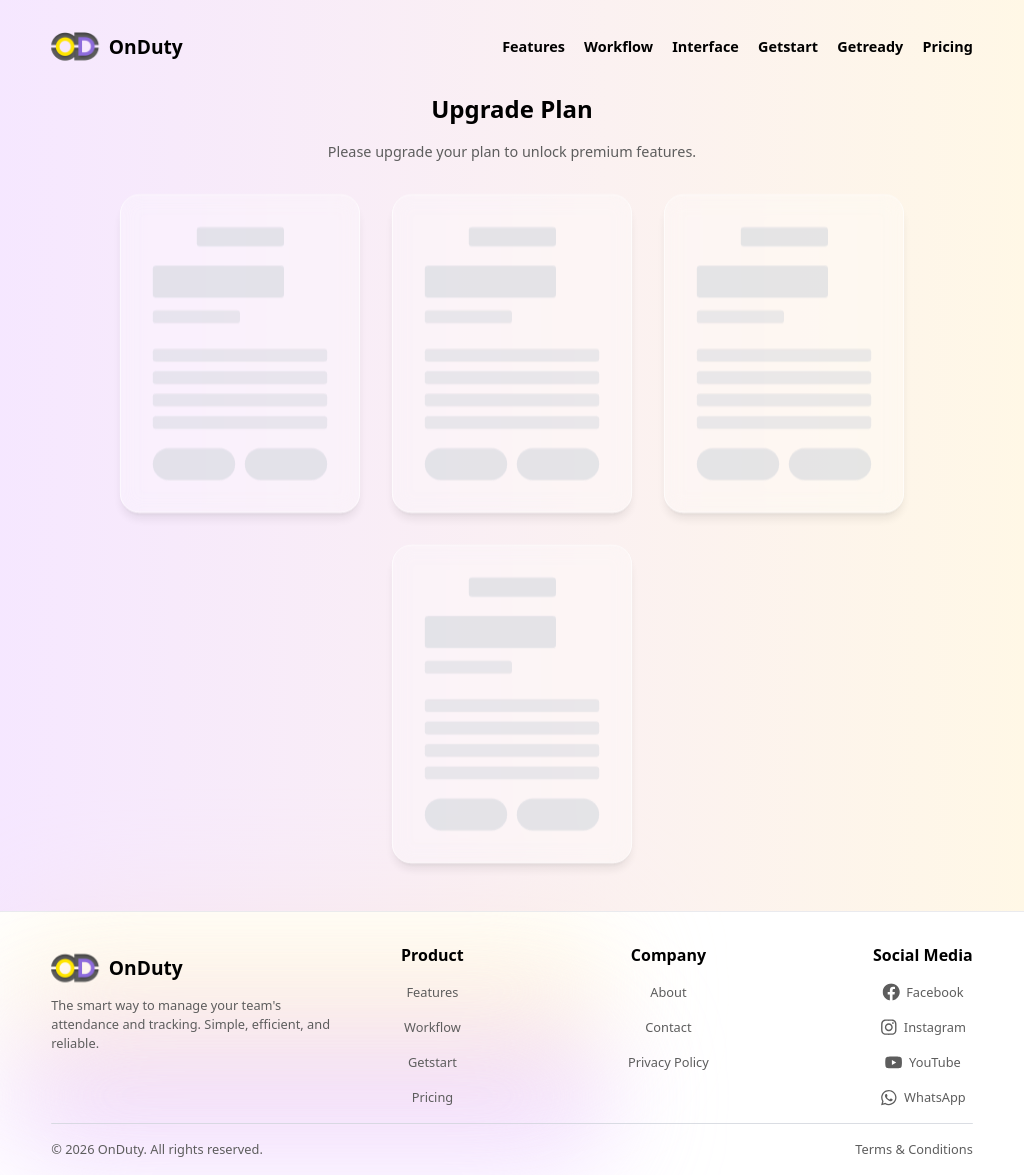
Repository: shekharzorin/ONDUTY-V1
Page: /pricing
The author's editor kept a copy of each file at every save. The page is drawn from the files as they stood at one save, then again after the next save.
The browser window is 1280 px wide. The pictures show the whole page, at 80% of full size.
The page's requests for data from a server got no answer. The project was rebuilt for these pictures with package versions that can differ from the ones it lists, and the page was loaded fresh each time. The framework's server and built-in components were replaced by stand-ins that run in the browser. No one was signed in, and anything a server would have sent is missing. Also part of the build but not shown: next.config.mjs, vite.config.js, app/components/ui/Crossicon.tsx, app/components/ui/Button.tsx.

Above is the page before, as saved 2026-01-17 21:45:53.

### app/layout.tsx
import type { Metadata } from "next";
import { Geist, Geist_Mono } from "next/font/google";
import "./globals.css";
import Navbar from "./components/header/Navbar";

const geistSans = Geist({
  variable: "--font-geist-sans",
  subsets: ["latin"],
});

const geistMono = Geist_Mono({
  variable: "--font-geist-mono",
  subsets: ["latin"],
});

export const metadata: Metadata = {
  title: "Create Next App",
  description: "Generated by create next app",
};

export default function RootLayout({
  children,
}: Readonly<{
  children: React.ReactNode;
}>) {
  return (
    <html lang="en">
      <body
        className={`${geistSans.variable} ${geistMono.variable} antialiased`}
      >
        <Navbar />
        {children}
      </body>
    </html>
  );
}

### app/pricing/page.tsx
import Footer from "../components/footer/footer";
import Pricing from "../components/sections/pricing";

const page = () => {
  return (
    <div className="flex flex-col items-center justify-center">
      <Pricing />
      <Footer />
    </div>
  );
};

export default page;

### app/globals.css
@import "tailwindcss";

:root {
  --color-primary: #8d6bdc;
  --color-secondary: #e0d4ff;
  --color-bg: #efefef;
  --color-sidebar: #ffffff;
  --color-gray: #5d5d5d;
}

html {
  scroll-behavior: smooth;
}




.flip-card {
  perspective: 1000px;
}

.flip-card-inner {
  transform-style: preserve-3d;
}

.flip-card-front,
.flip-card-back {
  position: absolute;
  width:auto;
  height:auto;
  backface-visibility: hidden;
}

.flip-card-back {
  transform: rotateY(180deg);
}

### app/components/footer/footer.tsx
import Image from "next/image";
import Logo from "@/public/images/od_logo.png";
import Link from "next/link";
import { FaFacebook, FaInstagram, FaWhatsapp, FaYoutube } from "react-icons/fa";
import { ReactNode } from "react";

type FooterLink = {
  label: string;
  href: string;
  external?: boolean;
  icon?: ReactNode;
};

type FooterSection = {
  title: string;
  links: FooterLink[];
};

const footerLinks: FooterSection[] = [
  {
    title: "Product",
    links: [
      { label: "Features", href: "/#features" },
      { label: "Workflow", href: "/#workflow" },
      { label: "Getstart", href: "/#getstart" },
      { label: "Pricing", href: "/pricing/" },
    ],
  },
  {
    title: "Company",
    links: [
      { label: "About", href: "/about" },
      { label: "Contact", href: "/contact" },
      { label: "Privacy Policy", href: "/privacy&policy" },
    ],
  },
  {
    title: "Social Media",
    links: [
      {
        label: "Facebook",
        href: "https://www.facebook.com",
        external: true,
        icon: <FaFacebook size={22} />,
      },
      {
        label: "Instagram",
        href: "https://www.instagram.com",
        external: true,
        icon: <FaInstagram size={22} />,
      },
      {
        label: "YouTube",
        href: "https://www.youtube.com",
        external: true,
        icon: <FaYoutube size={22} />,
      },
      {
        label: "WhatsApp",
        href: "https://www.whatsapp.com",
        external: true,
        icon: <FaWhatsapp size={22} />,
      },
    ],
  },
];

const Footer = () => {
  return (
    <section
      id="footer"
      className="relative px-4 sm:px-6 md:px-8 lg:px-12 xl:px-16 2xl:px-24 max-w-384 w-full border-t border-gray-200"
    >
      {/* Background flare */}
      <div className="absolute top-0 left-1/2 -translate-x-1/2 w-full h-full max-w-7xl pointer-events-none -z-10">
        <div className="absolute bottom-0 w-[60%] h-[60%] bg-[#eccfff] rounded-full blur-3xl opacity-60 mix-blend-multiply filter" />
        <div className="absolute top-0 w-[60%] h-[60%] bg-[#fff4da] rounded-full blur-3xl opacity-60 mix-blend-multiply filter" />
      </div>

      <div className="flex flex-col pt-3 lg:pt-10 lg:flex-row lg:justify-between gap-5 lg:gap-20">
        <div className="flex flex-col gap-1 w-full lg:w-[50%]">
          <div className="flex gap-2 lg:gap-3 items-center">
            <Image
              src={Logo}
              alt="Onduty Logo"
              height={60}
              width={60}
              className="flex h-10 w-10 md:h-12 md:w-12 lg:h-15 lg:w-15"
            />
            <h1 className="text-2xl lg:text-2xl font-bold">OnDuty</h1>
          </div>
          <p className="text-(--color-gray)">
            The smart way to manage your team's attendance and tracking. Simple,
            efficient, and reliable.
          </p>
        </div>

        <div className="flex flex-wrap text-(--color-gray) justify-between w-full gap-5 lg:px-0 text-center">
          {footerLinks.map((section) => (
            <div key={section.title} className="flex flex-col gap-5">
              <p className="text-black text-lg lg:text-xl font-semibold">
                {section.title}
              </p>

              {section.links.map((link) => (
                <Link
                  key={link.label}
                  href={link.href}
                  target={link.external === true ? "_blank" : undefined}
                  rel={
                    link.external === true ? "noopener noreferrer" : undefined
                  }
                  className="hover:text-(--color-primary) transition"
                >
                  <p className="flex items-center gap-2 justify-center">
                    {link.icon}
                    {link.label}
                  </p>
                </Link>
              ))}
            </div>
          ))}
        </div>
      </div>

      <hr className="text-gray-300 mt-5" />
      <div className="text-(--color-gray) flex flex-col md:flex-row md:justify-between gap-5 my-5">
        <p>© 2026 OnDuty. All rights reserved.</p>
        <Link href="/terms&conditions">
          <p>Terms & Conditions</p>
        </Link>
      </div>
    </section>
  );
};

export default Footer;

### app/components/sections/pricing.tsx
"use client";

import { useEffect, useState } from "react";
import { getAllPlans } from "@/app/backend-api/api";
import { useRouter } from "next/navigation";
import Button from "@/app/components/ui/Button";
import { motion, Variants } from "framer-motion";
import PricingSkeleton from "@/app/components/ui/PricingSkeleton";

/* -------------------- CONSTANTS -------------------- */

const featureLabels: Record<string, string> = {
  visit: "Visit / Task management",
  report: "Report management",
  client: "Client management",
  liveLocation: "Live tracking",
  addEmployees: "Add Employees",
  adminViewAll: "Admin access",
  employeeIsolation: "Employee Isolation",
  employeeTrackingHistory: "Employee Tracking History",
};

/* -------------------- ANIMATION VARIANTS -------------------- */

const containerVariants: Variants = {
  hidden: {},
  show: {
    transition: {
      staggerChildren: 0.2,
    },
  },
};

const cardVariants: Variants = {
  hidden: {
    opacity: 0,
    y: 40,
    scale: 0.95,
  },
  show: {
    opacity: 1,
    y: 0,
    scale: 1,
    transition: {
      duration: 0.5,
      ease: [0.25, 0.46, 0.45, 0.94],
    },
  },
};

/* -------------------- COMPONENT -------------------- */

const Pricing = () => {
  const [plans, setPlans] = useState<Record<string, any>>({});
  const [loading, setLoading] = useState(true);
  const [buttonLoading, setButtonLoading] = useState<string | null>(null);
  const router = useRouter();

  /* -------------------- FETCH PLANS -------------------- */
  useEffect(() => {
    const fetchPlans = async () => {
      const res = await getAllPlans();
      console.log(res)
      if (res.success) {
        setPlans(res.plans);
      } else {
      }
    };

    fetchPlans();
  }, []);

  /* -------------------- HANDLERS -------------------- */

  const handleUpgrade = async (planName: string, type?: string) => {
    setButtonLoading(planName + (type ? `-${type}` : ""));
    try {
      alert("✅ Success! Please login again.");
      // router.push("/authentication/login");
    } catch (err: any) {
      alert("❌ Error: " + (err.message || "Failed to upgrade"));
    } finally {
      setButtonLoading(null);
    }
  };

  /* -------------------- RENDER -------------------- */

  return (
    <section className="flex flex-col w-full px-4 sm:px-6 md:px-8 lg:px-12 xl:px-16 2xl:px-24 max-w-384 mx-auto bg-linear-to-r from-[#eccfff]/50 to-[#fff0cd]/50 min-h-screen">
      {/* Header */}
      <div className="flex flex-col gap-10 mb-15">
        <div className="flex flex-col items-center justify-center mt-30 text-center gap-5">
          <p className="text-2xl lg:text-3xl font-bold leading-[1.15]">
            Upgrade Plan
          </p>
          <p className="md:text-lg text-(--color-gray)">
            Please upgrade your plan to unlock premium features.
          </p>
        </div>

        {/* Loading state */}
        {loading && <PricingSkeleton />}

        {/* Cards */}
        {!loading && Object.keys(plans).length > 0 && (
          <motion.div
            key={Object.keys(plans).length} // 🔑 forces animation after data load
            variants={containerVariants}
            initial="hidden"
            animate="show"
            className="flex items-center justify-center gap-5 md:gap-10 flex-wrap"
          >
            {Object.entries(plans).map(([planName, features]) => {
              // const price = planPrices[planName];

              return (
                <motion.div
                  key={planName}
                  variants={cardVariants}
                  className="flex flex-col backdrop-blur-md border border-white bg-white/30 shadow-lg rounded-3xl w-full md:w-fit gap-3 p-10 hover:shadow-[#8d8d8d] hover:scale-110 transition duration-300"
                >
                  {/* Plan name */}
                  <p className="text-center font-bold text-xl">
                    {planName.charAt(0).toUpperCase() + planName.slice(1)}
                  </p>

                  {/* Price */}
                  <div className="flex flex-col">
                    {planName === "trial" ? (
                      <>
                        <p className="text-3xl font-bold text-green-600">
                          Free
                          <span className="text-lg text-(--color-gray)">
                            {" "}
                            / 7 days
                          </span>
                        </p>
                        <p className="text-(--color-gray)">₹0 upto 7 days</p>
                      </>
                    ) : (
                      <>
                        <p className="text-3xl font-bold">
                          {/* ₹{price?.monthly} */}
                          <span className="text-lg text-(--color-gray)">
                            {" "}
                            / month
                          </span>
                        </p>
                        <p className="text-(--color-gray)">
                          {/* ₹{price?.yearly} billed yearly */}
                        </p>
                      </>
                    )}
                  </div>

                  {/* Features */}
                  <ul className="mb-4">
                    {Object.entries(featureLabels).map(([key, label]) => (
                      <li
                        key={`${planName}-${key}`}
                        className="font-medium"
                        style={{
                          lineHeight: "2em",
                          color: features[key] ? "#000" : "#f55",
                        }}
                      >
                        {features[key] ? "✅" : "❌"} {label}
                      </li>
                    ))}
                  </ul>

                  {/* Buttons */}
                  <div className="flex gap-2 justify-center">
                    {planName !== "trial" ? (
                      <>
                        <Button
                          title={
                            buttonLoading === planName + "-monthly"
                              ? "Upgrading..."
                              : "Monthly"
                          }
                          onClick={() => handleUpgrade(planName, "monthly")}
                          disabled={buttonLoading !== null}
                          className="
                            border border-white p-3 w-full rounded-full
                            bg-linear-to-r from-[#fff4da] to-[#ffe6d0]
                            hover:animate-pulse text-black/70"
                        />
                        <Button
                          title={
                            buttonLoading === planName + "-yearly"
                              ? "Upgrading..."
                              : "Yearly"
                          }
                          onClick={() => handleUpgrade(planName, "yearly")}
                          disabled={buttonLoading !== null}
                          className="
                            border border-white p-3 w-full rounded-full
                            bg-linear-to-r from-[#fff4da] to-[#ffe6d0]
                            hover:animate-pulse text-black/70"
                        />
                      </>
                    ) : (
                      <Button
                        title={
                          buttonLoading === planName + "-trial"
                            ? "Activating..."
                            : "Get Access"
                        }
                        onClick={() => handleUpgrade("trial")}
                        disabled={buttonLoading !== null}
                        className="
                          border border-white p-3 w-full rounded-full
                          bg-linear-to-r from-[#ffc1e4] to-[#e7c2ff]
                          hover:animate-pulse text-black/70"
                      />
                    )}
                  </div>
                </motion.div>
              );
            })}
          </motion.div>
        )}
      </div>
    </section>
  );
};

export default Pricing;

### app/backend-api/api.tsx
import axios from "axios";

const api = axios.create({
  baseURL: process.env.NEXT_PUBLIC_API_URL,
  withCredentials: true,
  headers: {
    "Content-Type": "application/json",
  },
});

export const getAllPlans = async () => {
  try {
    const res = await api.get("/plan");

    return {
      success: true,
      message: res.data?.message,
      plans: res.data?.plans || [],
    };
  } catch (error: any) {
    console.error(
      "❌ Fetch plans error:",
      error.response?.data || error.message
    );

    return {
      success: false,
      message: error.response?.data?.message || "Failed to fetch plans",
      plans: [],
    };
  }
};

export default api;

### app/components/ui/PricingSkeleton.tsx
const PricingSkeleton = () => {
  return (
    <div className="flex items-center justify-center gap-5 md:gap-10 flex-wrap">
      {[1, 2, 3, 4].map((i) => (
        <div
          key={i}
          className="w-full md:w-75 rounded-3xl bg-white/30 backdrop-blur-md border border-white p-10 shadow-lg animate-pulse"
        >
          <div className="h-6 w-1/2 bg-gray-300/60 rounded mb-6 mx-auto" />

          <div className="h-10 w-3/4 bg-gray-300/60 rounded mb-4" />
          <div className="h-4 w-1/2 bg-gray-300/50 rounded mb-8" />

          <div className="space-y-3 mb-6">
            {[1, 2, 3, 4].map((f) => (
              <div key={f} className="h-4 bg-gray-300/50 rounded" />
            ))}
          </div>

          <div className="flex gap-3">
            <div className="h-10 w-full bg-gray-300/60 rounded-full" />
            <div className="h-10 w-full bg-gray-300/60 rounded-full" />
          </div>
        </div>
      ))}
    </div>
  );
};

export default PricingSkeleton;

Loaded but not shown: app/components/header/Navbar.tsx (265 lines, source omitted)

After the next save:
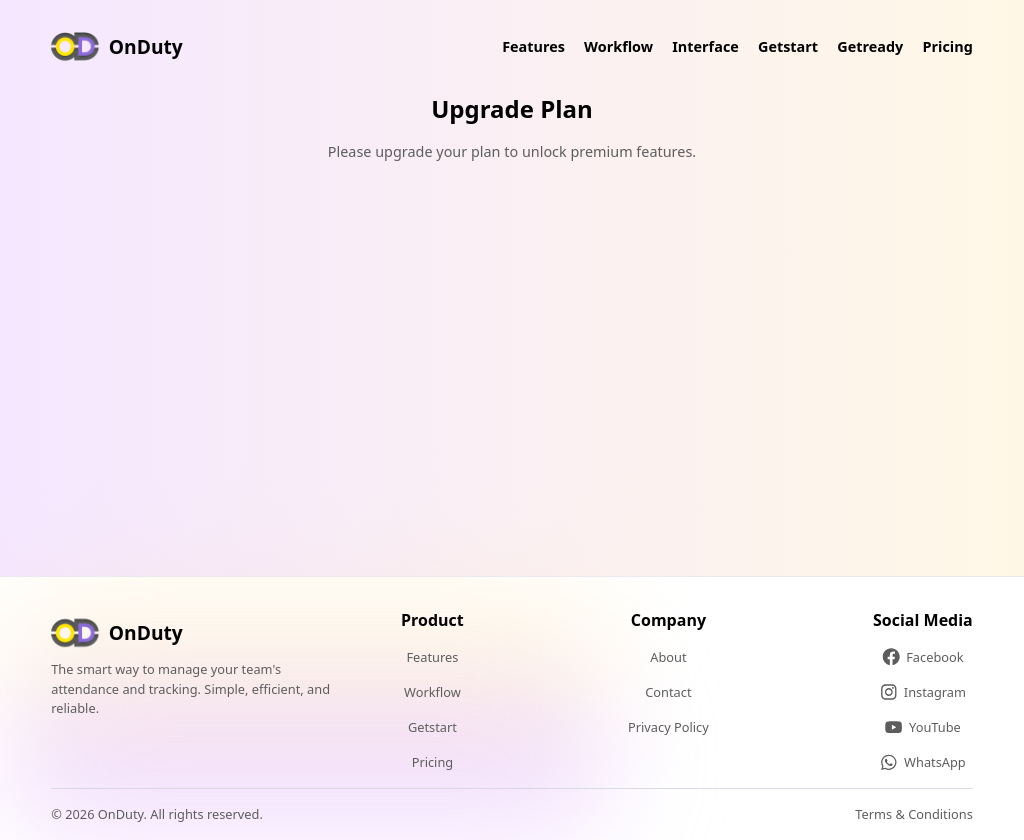
Saved 6 min 57 s later.
--- a/app/components/sections/pricing.tsx
+++ b/app/components/sections/pricing.tsx
@@ -51,7 +51,7 @@ const cardVariants: Variants = {
 /* -------------------- COMPONENT -------------------- */
 
 const Pricing = () => {
-  const [plans, setPlans] = useState<Record<string, any>>({});
+  const [plans, setPlans] = useState<any[]>([]);
   const [loading, setLoading] = useState(true);
   const [buttonLoading, setButtonLoading] = useState<string | null>(null);
   const router = useRouter();
@@ -60,13 +60,12 @@ const Pricing = () => {
   useEffect(() => {
     const fetchPlans = async () => {
       const res = await getAllPlans();
-      console.log(res)
+      console.log(res);
       if (res.success) {
         setPlans(res.plans);
-      } else {
       }
+      setLoading(false); // 🔥 IMPORTANT
     };
-
     fetchPlans();
   }, []);
 
@@ -111,8 +110,8 @@ const Pricing = () => {
             animate="show"
             className="flex items-center justify-center gap-5 md:gap-10 flex-wrap"
           >
-            {Object.entries(plans).map(([planName, features]) => {
-              // const price = planPrices[planName];
+            {plans.map((plan) => {
+              const { planName, price, features } = plan;
 
               return (
                 <motion.div
@@ -141,7 +140,7 @@ const Pricing = () => {
                     ) : (
                       <>
                         <p className="text-3xl font-bold">
-                          {/* ₹{price?.monthly} */}
+                          ₹{price}
                           <span className="text-lg text-(--color-gray)">
                             {" "}
                             / month
